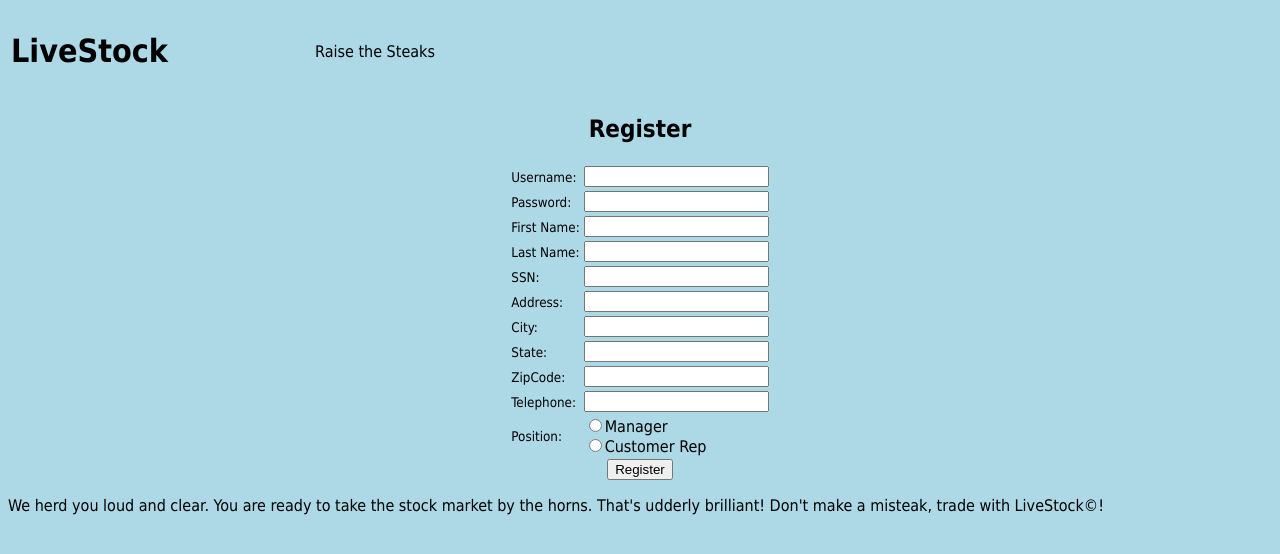
Repository: yastapova/live-stock
Page: LiveStockSite/WebContent/WEB-INF/register_emp.html
These files come from the project's save history. The page is drawn as it stood at one moment and after the next save; the edit follows.
The browser window is 1280 px wide. The pictures show the whole page.

Above is the page before, as saved 2016-04-15 22:10:56.

### LiveStockSite/WebContent/WEB-INF/register_emp.html
<!DOCTYPE html>
<html>
<head>
<meta charset="ISO-8859-1">
	<title>LiveStock Trading - Register</title>
	<style>
		body {
			background-color: lightblue;
			font-family: Tahoma;
		}
		.formlabel {
			font-size: 10pt;
		}
		.header {
			align: center;
		}
	</style>
</head>
<body>
	<div class="header">
	<table>
		<tr>
			<td width='300px'><h1>LiveStock</h1></td>
			<td width='300px'><p>Raise the Steaks</p></td>
		</tr>
	</table>
	</div>

	<div class="body" align="center">
		<h2>Register</h2>
		<form>
			<table>
				<tr>
					<td><span class="formlabel">Username:</span></td>
					<td><input id="usrn" name="username" type="text" /></td>
				</tr>
				<tr>
					<td><span class="formlabel">Password:</span></td>
					<td><input id="pw" name="password" type="password" /></td>
				</tr>
				<tr>
					<td><span class="formlabel">First Name:</span></td>
					<td><input id="fname" name="first_name" type="text" /></td>
				</tr>
				<tr>
					<td><span class="formlabel">Last Name:</span></td>
					<td><input id="lname" name="last_name" type="text" /></td>
				</tr>
				<tr>
					<td><span class="formlabel">SSN:</span></td>
					<td><input id="ssn" name="ssn" type="text" /></td>
				</tr>
				<tr>
					<td><span class="formlabel">Address:</span></td>
					<td><input id="addr" name="address" type="text" /></td>
				</tr>
				<tr>
					<td><span class="formlabel">City:</span></td>
					<td><input id="city" name="city" type="text" /></td>
				</tr>
				<tr>
					<td><span class="formlabel">State:</span></td>
					<td><input id="state" name="state" type="text" /></td>
				</tr>
				<tr>
					<td><span class="formlabel">ZipCode:</span></td>
					<td><input id="zip" name="zipcode" type="text" /></td>
				</tr>
				<tr>
					<td><span class="formlabel">Telephone:</span></td>
					<td><input id="phone" name="phone" type="text" /></td>
				</tr>
				<tr>
					<td><span class="formlabel">Position:</span></td>
					<td><input id="pos_man" name="position" type="radio" value="manager"/>Manager<br />
					<input id="pos_rep" name="position" type="radio" value="cust_rep"/>Customer Rep</td>
				</tr>
			</table>
			<input type="submit" value="Register">
		</form>
	</div>

	<div class="footer">
	<p>We herd you loud and clear. You are ready to take the stock market by the horns. That's udderly brilliant! Don't make a misteak, trade with LiveStock&copy;!</p>
	</div>
</body>
</html>

After the next save:
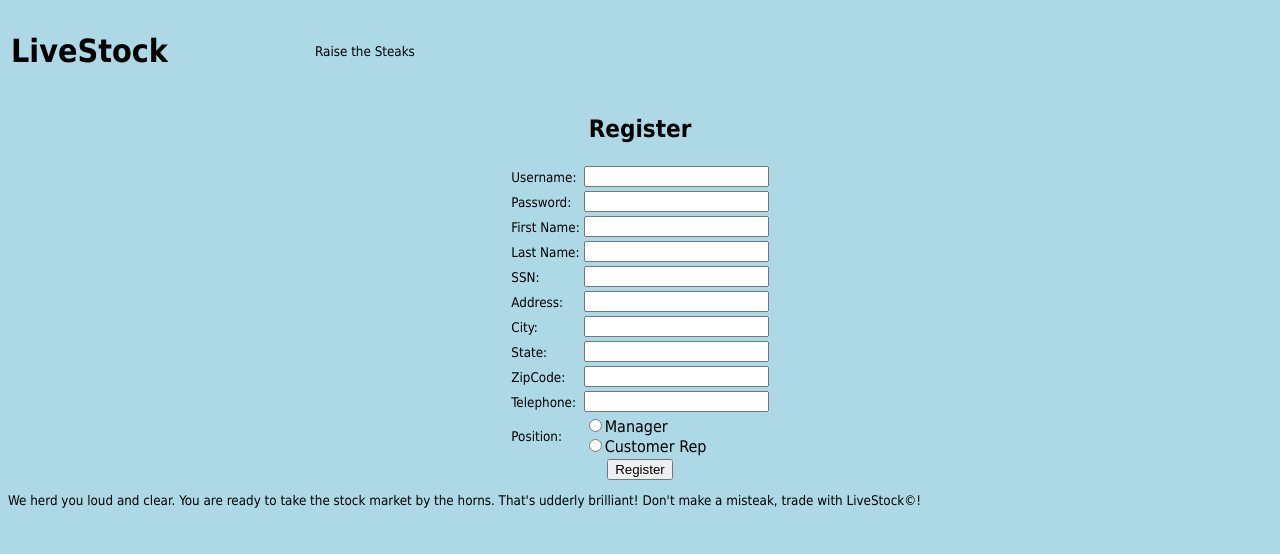
Saved 27 s later.
--- a/LiveStockSite/WebContent/WEB-INF/register_emp.html
+++ b/LiveStockSite/WebContent/WEB-INF/register_emp.html
@@ -13,6 +13,9 @@
 		}
 		.header {
 			align: center;
+		}
+		p {
+			font-size: 10pt;
 		}
 	</style>
 </head>
